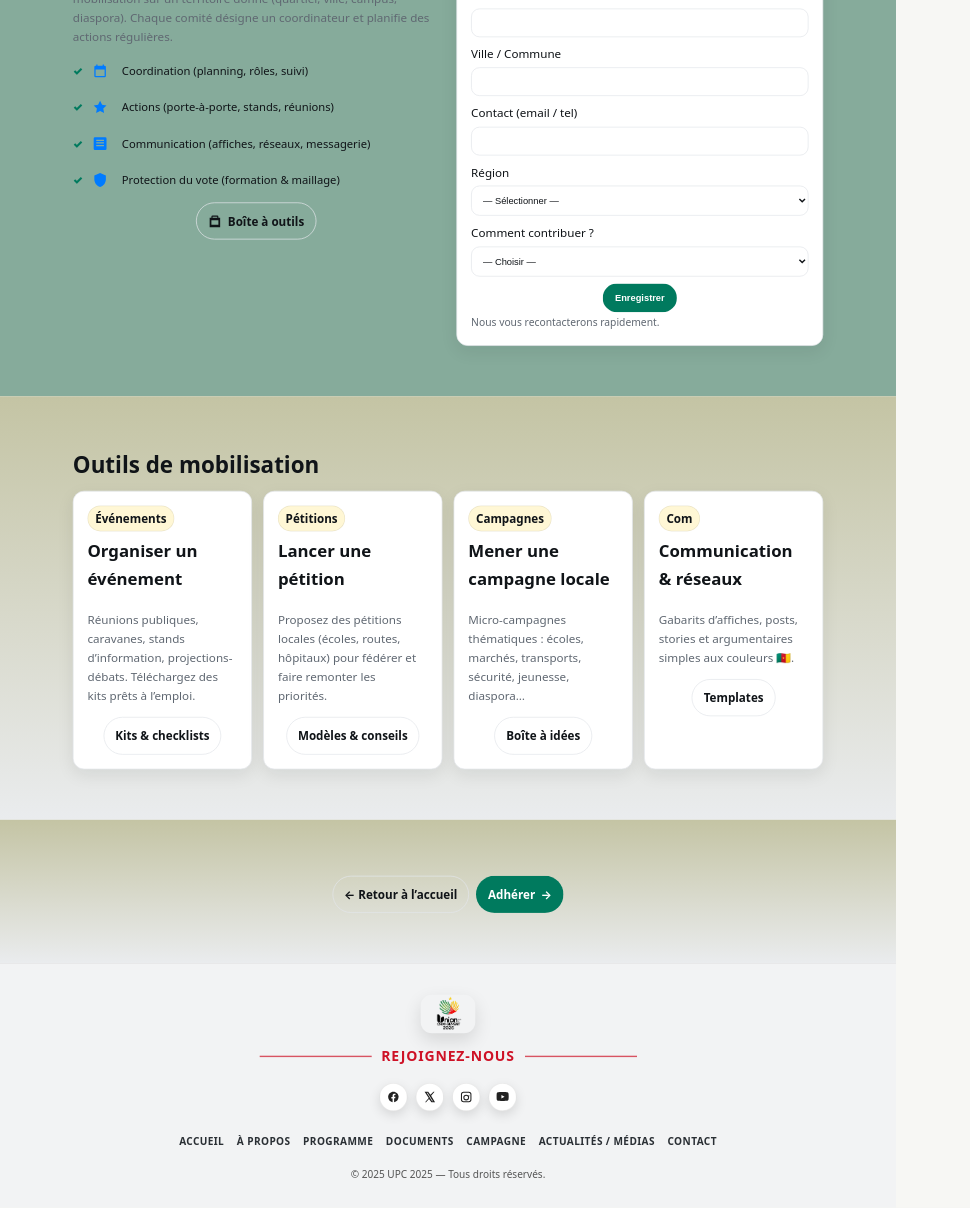
Repository: Kishny/upc2025
Page: campagne-populaire.html
These files come from the project's save history. The page is drawn as it stood at one moment and after the next save; the edit follows.
The browser window is 1280 px wide. The page is 1386 px wide, so the pictures cover 1386 px, including what lies to the right of the window. The pictures show the part of the page from y = 1293 to 3053 px (the page is 3018 px tall before and 3053 px after), at 70% of full size.

Above is the page before, as saved 2025-09-12 01:01:48.
Console error: ReferenceError: DICT_ABOUT is not defined

### campagne-populaire.html
<!DOCTYPE html>
<html lang="fr">
  <head>
    <meta charset="utf-8" />
    <meta name="viewport" content="width=device-width,initial-scale=1" />
    <title>Campagne populaire — UPC 2025</title>
    <meta
      name="description"
      content="Participation citoyenne, comités locaux, formulaire d’inscription et outils de mobilisation : événements, pétitions, campagnes."
    />
    <link rel="preload" href="assets/css/styles.css" as="style" />
    <link rel="stylesheet" href="assets/css/styles.css" />
    <link rel="icon" href="assets/img/logo.png" />
    <meta property="og:title" content="Campagne populaire — UPC 2025" />
    <meta
      property="og:description"
      content="Rejoignez ou créez un comité, organisez des actions et participez à la campagne."
    />
    <meta name="theme-color" content="#007A5E" />
  </head>
  <body>
    <!-- Topbar -->
    <div class="topbar">
      <div class="container">
        <span class="topbar__msg" data-i18n="topbar_msg"
          >Élection présidentielle — Octobre 2025</span
        >
        <div class="topbar__actions">
          <button
            id="langToggle"
            class="btn btn--ghost"
            aria-label="Toggle language"
          >
            FR / EN
          </button>
          <a class="btn btn--ghost" href="contact.html" data-i18n="contact"
            >Contact</a
          >
        </div>
      </div>
    </div>

    <!-- Header -->
    <header class="header">
      <div class="container header__inner">
        <a href="index.html" class="brand">
          <img src="assets/img/logo.png" alt="UPC 2025" class="brand__logo" />
          <span class="brand__title">UPC 2025</span>
        </a>
        <nav id="nav" class="nav" aria-label="Navigation principale">
          <a href="a-propos.html" data-i18n="nav_about">À propos</a>
          <a href="candidat.html" data-i18n="nav_candidate"
            >Candidat consensuel</a
          >
          <a href="programme.html" data-i18n="nav_program">Programme</a>
          <a href="documents.html" data-i18n="nav_docs">Documents officiels</a>
          <a
            href="campagne-populaire.html"
            class="active"
            data-i18n="nav_campaign"
            >Campagne populaire</a
          >
          <a href="adherer.html" class="nav__cta" data-i18n="nav_join"
            >Adhérer</a
          >
          <a href="actualites-medias.html" data-i18n="nav_news_media"
            >Actualités / Médias</a
          >
        </nav>
        <button id="burger" class="burger" aria-label="Menu">
          <span></span><span></span><span></span>
        </button>
      </div>
    </header>

    <!-- En-tête de page -->
    <section class="page-hero">
      <div class="container">
        <h1 data-i18n="camp_title">Campagne populaire</h1>
        <p class="page-hero__lead" data-i18n="camp_lead">
          Participez à la mobilisation citoyenne : rejoignez ou créez un comité,
          organisez des actions et faites vivre la campagne près de chez vous.
        </p>
        <div class="hero__cta">
          <a
            href="#comite"
            class="btn btn--primary"
            data-i18n="camp_cta_committee"
            >Créer ou rejoindre un comité</a
          >
          <a href="#outils" class="btn btn--outline" data-i18n="camp_cta_tools"
            >Voir les outils</a
          >
        </div>
      </div>
    </section>

    <!-- Participation citoyenne -->
    <section class="section">
      <div class="container grid-2">
        <!-- Bloc gauche -->
        <div class="card gradient-cm">
          <h2 data-i18n="camp_participation_title">Participation citoyenne</h2>
          <p data-i18n="camp_participation_text">
            La campagne est d’abord populaire : porte-à-porte, relais
            communautaires, mobilisation numérique, veille du scrutin et
            formation des bénévoles. Chaque citoyen a un rôle à jouer.
          </p>
          <ul class="checklist">
            <li data-i18n="camp_participation_pt1">
              Informer et convaincre autour de soi
            </li>
            <li data-i18n="camp_participation_pt2">
              Animer des points d’information et des réunions locales
            </li>
            <li data-i18n="camp_participation_pt3">
              Contribuer à la logistique et à la communication
            </li>
          </ul>
          <!-- Illustration en SVG -->
          <div class="svg-illustration">
            <svg viewBox="0 0 200 100" xmlns="http://www.w3.org/2000/svg">
              <polyline
                points="10,80 40,60 70,65 100,40 130,45 160,20 190,25"
                fill="none"
                stroke="#28a745"
                stroke-width="3"
              />
              <circle cx="10" cy="80" r="4" fill="#28a745" />
              <circle cx="100" cy="40" r="4" fill="#28a745" />
              <circle cx="190" cy="25" r="4" fill="#28a745" />
            </svg>
          </div>
        </div>

        <!-- Bloc droite -->
        <div class="card">
          <h3 data-i18n="camp_stats_title">Réseau en croissance</h3>
          <p data-i18n="camp_stats_text">
            Des comités naissent dans toutes les régions, en ville comme en zone
            rurale.
          </p>
          <div class="stats">
            <div class="stat">
              <!-- Icône en SVG -->
              <svg
                class="stat__icon"
                xmlns="http://www.w3.org/2000/svg"
                viewBox="0 0 24 24"
                width="24"
                height="24"
              >
                <path
                  fill="currentColor"
                  d="M4 22h16v-2H4v2zM6 18h12V6H6v12zm4-4h4v-2h-4v2z"
                />
              </svg>
              <div class="stat__value">+50</div>
              <div class="stat__label" data-i18n="camp_stat_committees">
                Comités actifs
              </div>
            </div>
            <div class="stat">
              <svg
                class="stat__icon"
                xmlns="http://www.w3.org/2000/svg"
                viewBox="0 0 24 24"
                width="24"
                height="24"
              >
                <path
                  fill="currentColor"
                  d="M12 12c2.21 0 4-1.79 4-4S14.21 4 12 4 8 5.79 8 8s1.79 4 4 4zm0 2c-2.67 0-8
              1.34-8 4v2h16v-2c0-2.66-5.33-4-8-4z"
                />
              </svg>
              <div class="stat__value">+1 000</div>
              <div class="stat__label" data-i18n="camp_stat_volunteers">
                Bénévoles
              </div>
            </div>
            <div class="stat">
              <svg
                class="stat__icon"
                xmlns="http://www.w3.org/2000/svg"
                viewBox="0 0 24 24"
                width="24"
                height="24"
              >
                <path
                  fill="currentColor"
                  d="M12 2C8.13 2 5 5.13 5 9c0 5.25 7 13 7 13s7-7.75 7-13c0-3.87-3.13-7-7-7z"
                />
              </svg>
              <div class="stat__value">10</div>
              <div class="stat__label" data-i18n="camp_stat_regions">
                Régions couvertes
              </div>
            </div>
          </div>
        </div>
      </div>
    </section>

    <!-- Création & gestion des comités -->
    <section class="section section--alt" id="comite">
      <div class="container grid-2">
        <div>
          <h2 data-i18n="camp_committee_title">
            Créer & gérer un comité local
          </h2>
          <p data-i18n="camp_committee_text">
            Un comité local rassemble des citoyens motivés pour organiser la
            mobilisation sur un territoire donné (quartier, ville, campus,
            diaspora). Chaque comité désigne un coordinateur et planifie des
            actions régulières.
          </p>
          <ul class="checklist checklist--icons">
            <li data-i18n="camp_committee_pt1">
              <!-- Icône planning -->
              <svg
                class="li-icon"
                xmlns="http://www.w3.org/2000/svg"
                viewBox="0 0 24 24"
              >
                <path
                  fill="currentColor"
                  d="M19 4h-1V2h-2v2H8V2H6v2H5a2 2 0 0 0-2
      2v14a2 2 0 0 0 2 2h14a2 2 0 0 0 2-2V6a2 2 0 0 0-2-2m0
      16H5V10h14v10z"
                />
              </svg>
              Coordination (planning, rôles, suivi)
            </li>
            <li data-i18n="camp_committee_pt2">
              <!-- Icône actions -->
              <svg
                class="li-icon"
                xmlns="http://www.w3.org/2000/svg"
                viewBox="0 0 24 24"
              >
                <path
                  fill="currentColor"
                  d="M12 2L15.09 8.26L22 9.27L17 14.14L18.18
      21.02L12 17.77L5.82 21.02L7 14.14L2
      9.27L8.91 8.26L12 2z"
                />
              </svg>
              Actions (porte-à-porte, stands, réunions)
            </li>
            <li data-i18n="camp_committee_pt3">
              <!-- Icône communication -->
              <svg
                class="li-icon"
                xmlns="http://www.w3.org/2000/svg"
                viewBox="0 0 24 24"
              >
                <path
                  fill="currentColor"
                  d="M20 2H4a2 2 0 0 0-2
      2v16a2 2 0 0 0 2 2h16a2 2 0 0
      0 2-2V4a2 2 0 0 0-2-2m-2 14H6v-2h12v2m0-4H6v-2h12v2m0-4H6V6h12v2z"
                />
              </svg>
              Communication (affiches, réseaux, messagerie)
            </li>
            <li data-i18n="camp_committee_pt4">
              <!-- Icône protection -->
              <svg
                class="li-icon"
                xmlns="http://www.w3.org/2000/svg"
                viewBox="0 0 24 24"
              >
                <path
                  fill="currentColor"
                  d="M12
      1L3 5v6c0 5.55 3.84 10.74 9
      12c5.16-1.26 9-6.45 9-12V5l-9-4z"
                />
              </svg>
              Protection du vote (formation & maillage)
            </li>
          </ul>
          <div class="hero__cta">
            <a
              href="#outils"
              class="btn btn--outline btn--icon"
              data-i18n="camp_btn_tools"
            >
              <!-- Icône boîte à outils -->
              <svg
                class="btn-icon"
                xmlns="http://www.w3.org/2000/svg"
                viewBox="0 0 24 24"
              >
                <path
                  fill="currentColor"
                  d="M16
      2H8a2 2 0 0 0-2 2v2H3v16h18V6h-3V4a2 2
      0 0 0-2-2M8 4h8v2H8V4m10 6v8H6v-8h12z"
                />
              </svg>
              Boîte à outils
            </a>
          </div>
        </div>

        <!-- Formulaire (branché sur wireFormDemo('form-committee', ...)) -->
        <form id="form-committee" class="card" novalidate>
          <h3 data-i18n="committee_title">Créer un comité local</h3>
          <label>
            <span data-i18n="field_committee">Nom du comité</span>
            <input type="text" name="committee" required />
          </label>
          <label>
            <span data-i18n="field_city">Ville / Commune</span>
            <input type="text" name="city" required />
          </label>
          <label>
            <span data-i18n="field_contact">Contact (email / tel)</span>
            <input type="text" name="contact" required />
          </label>
          <label>
            <span data-i18n="field_region">Région</span>
            <select name="region" required>
              <option value="" selected disabled data-i18n="select_region">
                — Sélectionner —
              </option>
              <option>Adamaoua</option>
              <option>Centre</option>
              <option>Est</option>
              <option>Extrême-Nord</option>
              <option>Littoral</option>
              <option>Nord</option>
              <option>Nord-Ouest</option>
              <option>Ouest</option>
              <option>Sud</option>
              <option>Sud-Ouest</option>
              <option>Diaspora</option>
            </select>
          </label>
          <label>
            <span data-i18n="field_role">Comment contribuer ?</span>
            <select name="role" required>
              <option value="" selected disabled data-i18n="select_role">
                — Choisir —
              </option>
              <option data-i18n="opt_mobilize">Mobilisation</option>
              <option data-i18n="opt_comms">Communication</option>
              <option data-i18n="opt_vote">Contrôle du vote</option>
              <option data-i18n="opt_donor">Donateur</option>
              <option data-i18n="opt_influencer">Influence</option>
            </select>
          </label>

          <div class="form__alert" hidden></div>
          <div class="hero__cta">
            <button
              class="btn btn--primary"
              type="submit"
              data-i18n="btn_register"
            >
              Enregistrer
            </button>
          </div>
          <small class="form__small" data-i18n="committee_note"
            >Nous vous recontacterons rapidement.</small
          >
        </form>
      </div>
    </section>

    <!-- Outils de mobilisation -->
    <section class="section" id="outils">
      <div class="container">
        <h2 data-i18n="camp_tools_title">Outils de mobilisation</h2>

        <div class="tools-grid">
          <!-- Événements -->
          <article class="card">
            <div class="badge">Événements</div>
            <h3 data-i18n="camp_tool_events_title">Organiser un événement</h3>
            <p data-i18n="camp_tool_events_text">
              Réunions publiques, caravanes, stands d’information,
              projections-débats. Téléchargez des kits prêts à l’emploi.
            </p>
            <div class="hero__cta">
              <a
                href="#"
                class="btn btn--outline"
                data-i18n="camp_tool_events_btn"
                >Kits & checklists</a
              >
            </div>
          </article>

          <!-- Pétitions -->
          <article class="card">
            <div class="badge">Pétitions</div>
            <h3 data-i18n="camp_tool_petitions_title">Lancer une pétition</h3>
            <p data-i18n="camp_tool_petitions_text">
              Proposez des pétitions locales (écoles, routes, hôpitaux) pour
              fédérer et faire remonter les priorités.
            </p>
            <div class="hero__cta">
              <a
                href="#"
                class="btn btn--outline"
                data-i18n="camp_tool_petitions_btn"
                >Modèles & conseils</a
              >
            </div>
          </article>

          <!-- Campagnes locales -->
          <article class="card">
            <div class="badge">Campagnes</div>
            <h3 data-i18n="camp_tool_local_title">Mener une campagne locale</h3>
            <p data-i18n="camp_tool_local_text">
              Micro-campagnes thématiques : écoles, marchés, transports,
              sécurité, jeunesse, diaspora…
            </p>
            <div class="hero__cta">
              <a
                href="#"
                class="btn btn--outline"
                data-i18n="camp_tool_local_btn"
                >Boîte à idées</a
              >
            </div>
          </article>

          <!-- Communication -->
          <article class="card">
            <div class="badge">Com</div>
            <h3 data-i18n="camp_tool_com_title">Communication & réseaux</h3>
            <p data-i18n="camp_tool_com_text">
              Gabarits d’affiches, posts, stories et argumentaires simples aux
              couleurs 🇨🇲.
            </p>
            <div class="hero__cta">
              <a href="#" class="btn btn--outline" data-i18n="camp_tool_com_btn"
                >Templates</a
              >
            </div>
          </article>
        </div>
      </div>
    </section>

    <!-- Navigation -->
    <section class="section">
      <div class="container hero__cta">
        <a href="index.html" class="btn btn--outline" data-i18n="back_home"
          >← Retour à l’accueil</a
        >
        <a href="adherer.html" class="btn btn--primary"
          ><span data-i18n="nav_join">Adhérer</span> →
        </a>
      </div>
    </section>

    <!-- Footer -->
    <footer class="footer footer--clean">
      <div class="container footer__wrap">
        <!-- Logo -->
        <img src="assets/img/logo.png" alt="UPC 2025" class="footer__logo" />

        <!-- Titre + lignes -->
        <div class="footer__titleline">
          <span class="footer__line"></span>
          <h3 class="footer__title">REJOIGNEZ-NOUS</h3>
          <span class="footer__line"></span>
        </div>

        <!-- Réseaux -->
        <ul class="footer__socials">
          <li>
            <a class="sbtn" href="#" aria-label="Facebook" title="Facebook">
              <!-- FB SVG -->
              <svg
                viewBox="0 0 24 24"
                width="18"
                height="18"
                fill="currentColor"
                aria-hidden="true"
              >
                <path
                  d="M22 12.06C22 6.49 17.52 2 12 2S2 6.49 2 12.06c0 5.02 3.66 9.18 8.44 9.94v-7.03H8.08v-2.9h2.36V9.41c0-2.33 1.39-3.61 3.52-3.61.99 0 2.02.18 2.02.18v2.23h-1.14c-1.12 0-1.47.7-1.47 1.42v1.71h2.5l-.4 2.9h-2.1V22c4.78-.76 8.44-4.92 8.44-9.94z"
                />
              </svg>
            </a>
          </li>
          <li>
            <a class="sbtn" href="#" aria-label="X / Twitter" title="X">
              <!-- X SVG -->
              <svg
                viewBox="0 0 24 24"
                width="18"
                height="18"
                fill="currentColor"
                aria-hidden="true"
              >
                <path
                  d="M18.9 2H21l-6.47 7.39L22 22h-6.86l-4.69-6.12L4.9 22H3l6.92-7.91L2 2h6.97l4.27 5.73L18.9 2zm-2.41 18h1.35L7.63 4H6.2l10.29 16z"
                />
              </svg>
            </a>
          </li>
          <li>
            <a class="sbtn" href="#" aria-label="Instagram" title="Instagram">
              <!-- IG SVG -->
              <svg
                viewBox="0 0 24 24"
                width="18"
                height="18"
                fill="currentColor"
                aria-hidden="true"
              >
                <path
                  d="M7 2h10a5 5 0 0 1 5 5v10a5 5 0 0 1-5 5H7a5 5 0 0 1-5-5V7a5 5 0 0 1 5-5zm0 2a3 3 0 0 0-3 3v10a3 3 0 0 0 3 3h10a3 3 0 0 0 3-3V7a3 3 0 0 0-3-3H7zm5 3.5a5.5 5.5 0 1 1 0 11 5.5 5.5 0 0 1 0-11zm0 2a3.5 3.5 0 1 0 0 7 3.5 3.5 0 0 0 0-7zm5.25-.75a1 1 0 1 1 0 2 1 1 0 0 1 0-2z"
                />
              </svg>
            </a>
          </li>
          <li>
            <a class="sbtn" href="#" aria-label="YouTube" title="YouTube">
              <!-- YT SVG -->
              <svg
                viewBox="0 0 24 24"
                width="18"
                height="18"
                fill="currentColor"
                aria-hidden="true"
              >
                <path
                  d="M23.5 6.2s-.23-1.64-.94-2.35c-.9-.94-1.9-.95-2.36-1C16.5 2.5 12 2.5 12 2.5h0s-4.5 0-8.2.35c-.46.06-1.46.06-2.36 1C.73 4.55.5 6.2.5 6.2S.25 8.1.25 10v1.99c0 1.9.25 3.8.25 3.8s.23 1.64.94 2.35c.9.94 2.09.91 2.62 1.02C6.14 19.4 12 19.5 12 19.5s4.5 0 8.2-.35c.46-.06 1.46-.06 2.36-1 .71-.71.94-2.35.94-2.35s.25-1.9.25-3.8V10c0-1.9-.25-3.8-.25-3.8zM9.75 15.02V7.98l6.01 3.52-6.01 3.52z"
                />
              </svg>
            </a>
          </li>
        </ul>

        <!-- Navigation -->
        <nav class="footer__nav">
          <a href="index.html">Accueil</a>
          <a href="a-propos.html">À propos</a>
          <a href="programme.html">Programme</a>
          <a href="documents-officiels.html">Documents</a>
          <a href="campagne-populaire.html">Campagne</a>
          <a href="actualites-medias.html">Actualités / Médias</a>
          <a href="contact.html">Contact</a>
        </nav>

        <!-- Copyright -->
        <small class="footer__copy">
          © <span id="year"></span> UPC 2025 — Tous droits réservés.
        </small>
      </div>
    </footer>

    <script src="assets/js/app.js" defer></script>
  </body>
</html>

Loaded but not shown: assets/js/app.js (1332 lines, source omitted); assets/css/styles.css (2215 lines, source omitted)

After the next save:
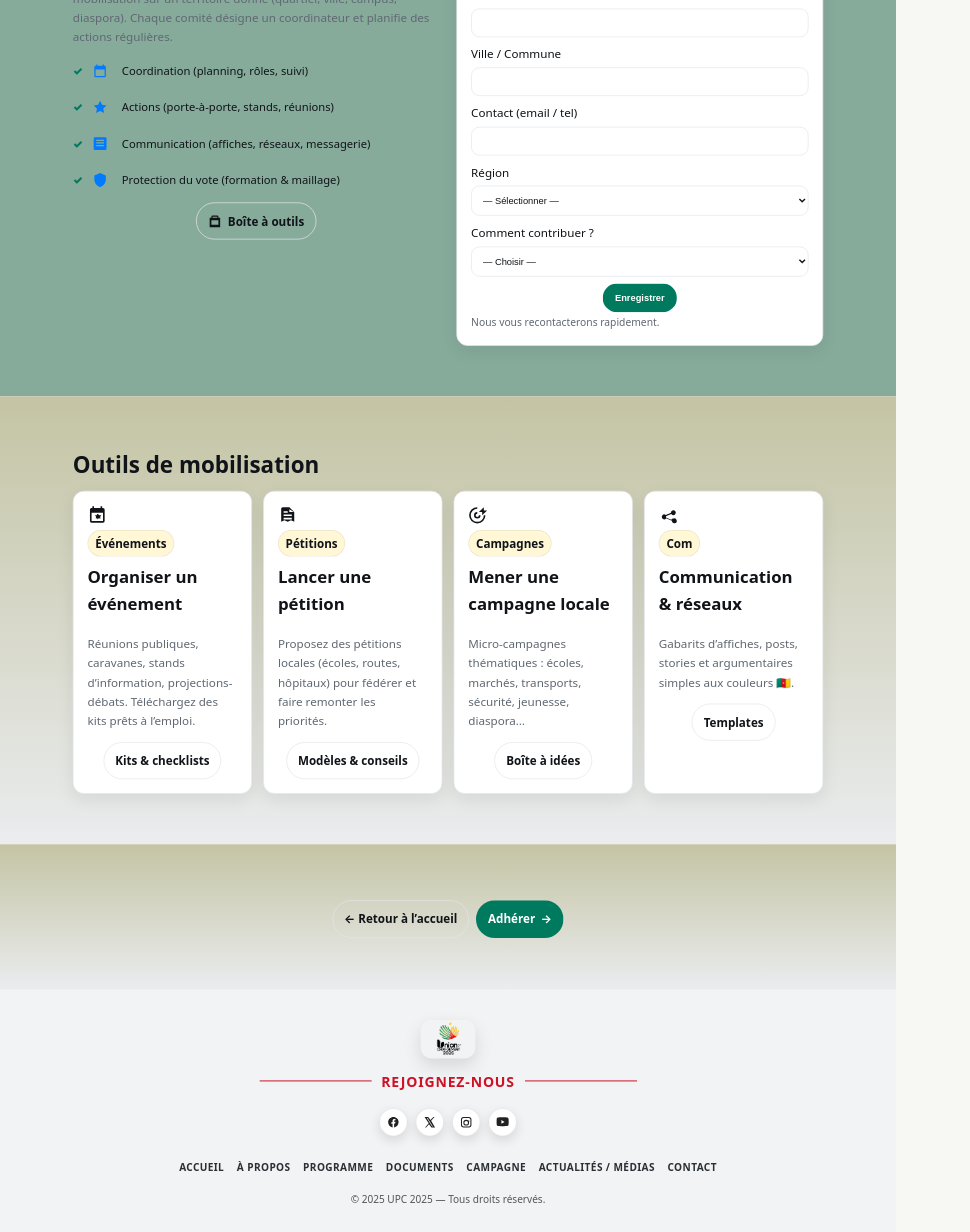
Saved 15 min 21 s later.
--- a/campagne-populaire.html
+++ b/campagne-populaire.html
@@ -377,7 +377,16 @@
 
         <div class="tools-grid">
           <!-- Événements -->
-          <article class="card">
+          <article class="card tool tool--events">
+            <div class="tool__icon" aria-hidden="true">
+              <!-- calendar-star -->
+              <svg viewBox="0 0 24 24" width="28" height="28">
+                <path
+                  fill="currentColor"
+                  d="M19 3h-1V1h-2v2H8V1H6v2H5a2 2 0 0 0-2 2v14a2 2 0 0 0 2 2h14a2 2 0 0 0 2-2V5a2 2 0 0 0-2-2Zm0 16H5V9h14v10Zm-7-2 1.9-1.25L16 16l-.55-2.15L17 12l-2.2-.2L12 10l-.8 1.8L9 12l1.55 1.85L10 16l2.1-.25L12 17Z"
+                />
+              </svg>
+            </div>
             <div class="badge">Événements</div>
             <h3 data-i18n="camp_tool_events_title">Organiser un événement</h3>
             <p data-i18n="camp_tool_events_text">
@@ -395,7 +404,16 @@
           </article>
 
           <!-- Pétitions -->
-          <article class="card">
+          <article class="card tool tool--petitions">
+            <div class="tool__icon" aria-hidden="true">
+              <!-- document-pen -->
+              <svg viewBox="0 0 24 24" width="28" height="28">
+                <path
+                  fill="currentColor"
+                  d="M14 2H6a2 2 0 0 0-2 2v16l4-2 4 2 4-2 4 2V8l-6-6Zm0 2.5L19.5 8H14V4.5ZM7 7h5v2H7V7Zm0 4h10v2H7v-2Zm0 4h10v2H7v-2Z"
+                />
+              </svg>
+            </div>
             <div class="badge">Pétitions</div>
             <h3 data-i18n="camp_tool_petitions_title">Lancer une pétition</h3>
             <p data-i18n="camp_tool_petitions_text">
@@ -413,7 +431,16 @@
           </article>
 
           <!-- Campagnes locales -->
-          <article class="card">
+          <article class="card tool tool--campaigns">
+            <div class="tool__icon" aria-hidden="true">
+              <!-- target -->
+              <svg viewBox="0 0 24 24" width="28" height="28">
+                <path
+                  fill="currentColor"
+                  d="M11 2v2a8 8 0 1 0 8 8h2A10 10 0 1 1 11 2Zm0 6v2a2 2 0 1 0 2 2h2a4 4 0 1 1-4-4Zm8-6-6 6h4v4l6-6h-4V2Z"
+                />
+              </svg>
+            </div>
             <div class="badge">Campagnes</div>
             <h3 data-i18n="camp_tool_local_title">Mener une campagne locale</h3>
             <p data-i18n="camp_tool_local_text">
@@ -431,7 +458,16 @@
           </article>
 
           <!-- Communication -->
-          <article class="card">
+          <article class="card tool tool--com">
+            <div class="tool__icon" aria-hidden="true">
+              <!-- share-network -->
+              <svg viewBox="0 0 24 24" width="28" height="28">
+                <path
+                  fill="currentColor"
+                  d="M18 16a3 3 0 0 0-2.65 1.58L8.91 14.7a3.1 3.1 0 0 0 0-1.4l6.44-2.88A3 3 0 1 0 15 8a2.9 2.9 0 0 0 .11.77l-6.44 2.88A3 3 0 1 0 9 16c.23 0 .46-.03.68-.08l6.44 2.88A3 3 0 1 0 18 16Z"
+                />
+              </svg>
+            </div>
             <div class="badge">Com</div>
             <h3 data-i18n="camp_tool_com_title">Communication & réseaux</h3>
             <p data-i18n="camp_tool_com_text">
